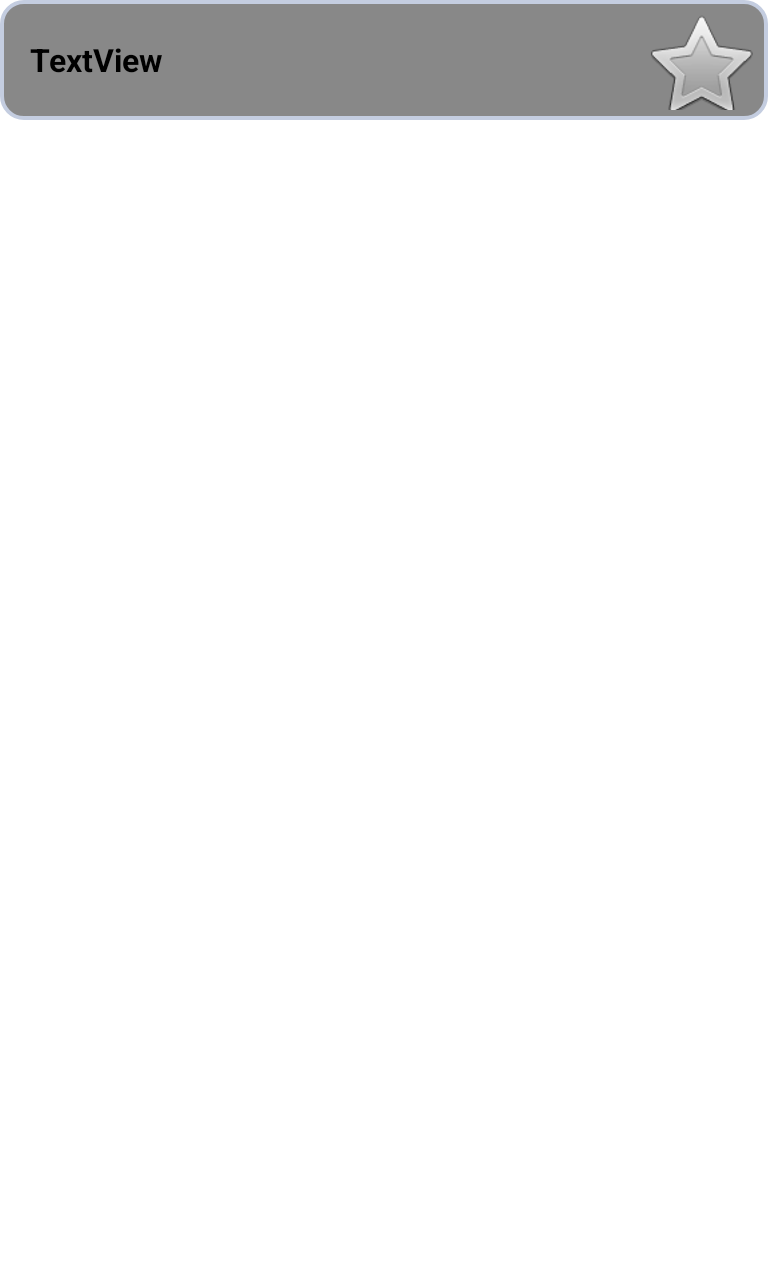
Repository: vinothsridhar/CrickBuzzChallenge
Layout: CricBuzzAndroidApp/res/layout/activity_playerprofile.xml
An editor plug-in stored every save of this project. The layout is shown before and after the next save, followed by the edit.
It is drawn on a 768 x 1280 px phone screen (xhdpi) without system bars, with theme AppTheme; the app's code is not run.

Above is the layout before, as saved 2014-12-20 14:27:32.

After the next save:
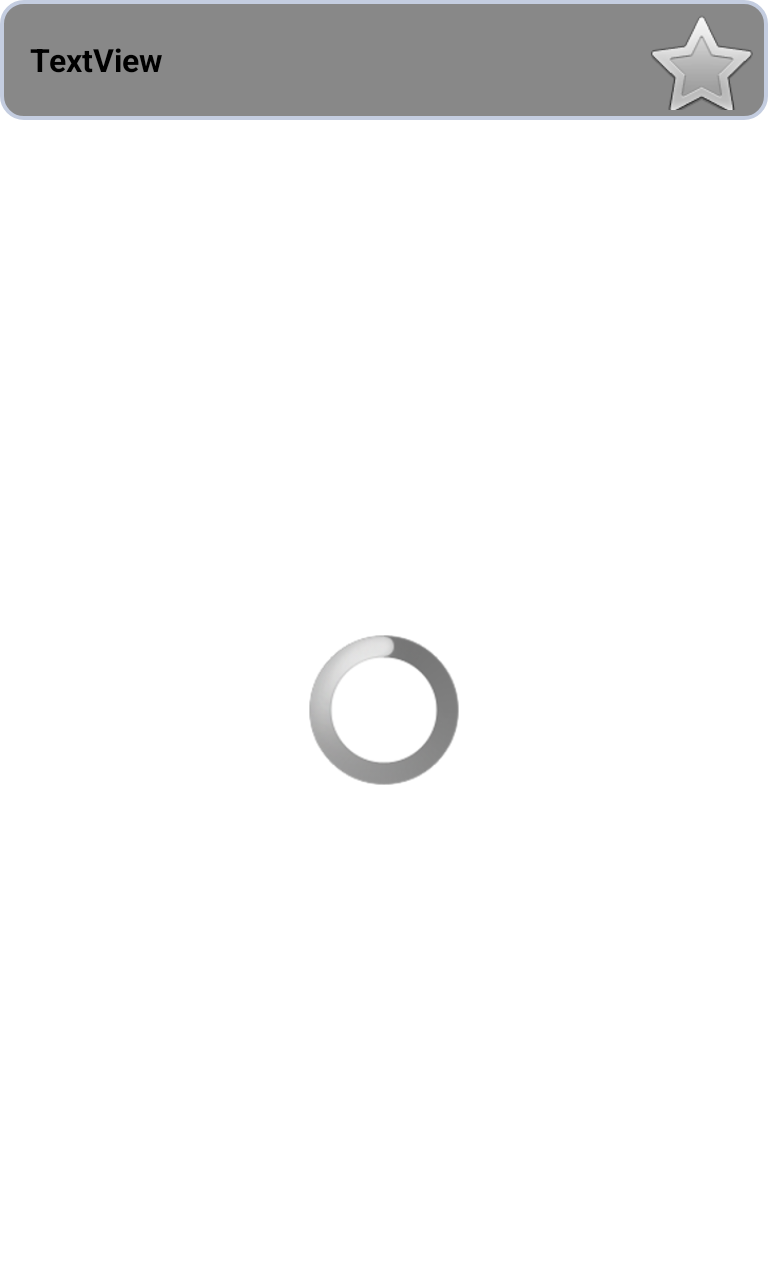
Saved 28 s later.
--- a/CricBuzzAndroidApp/res/layout/activity_playerprofile.xml
+++ b/CricBuzzAndroidApp/res/layout/activity_playerprofile.xml
@@ -12,6 +12,13 @@
         android:layout_height="fill_parent"
         android:layout_below="@+id/topItem">
 
+        <ProgressBar
+            android:id="@+id/progressBar1"
+            style="?android:attr/progressBarStyleLarge"
+            android:layout_width="wrap_content"
+            android:layout_height="wrap_content"
+            android:layout_centerInParent="true" />
+
     </RelativeLayout>
 
 </RelativeLayout>
